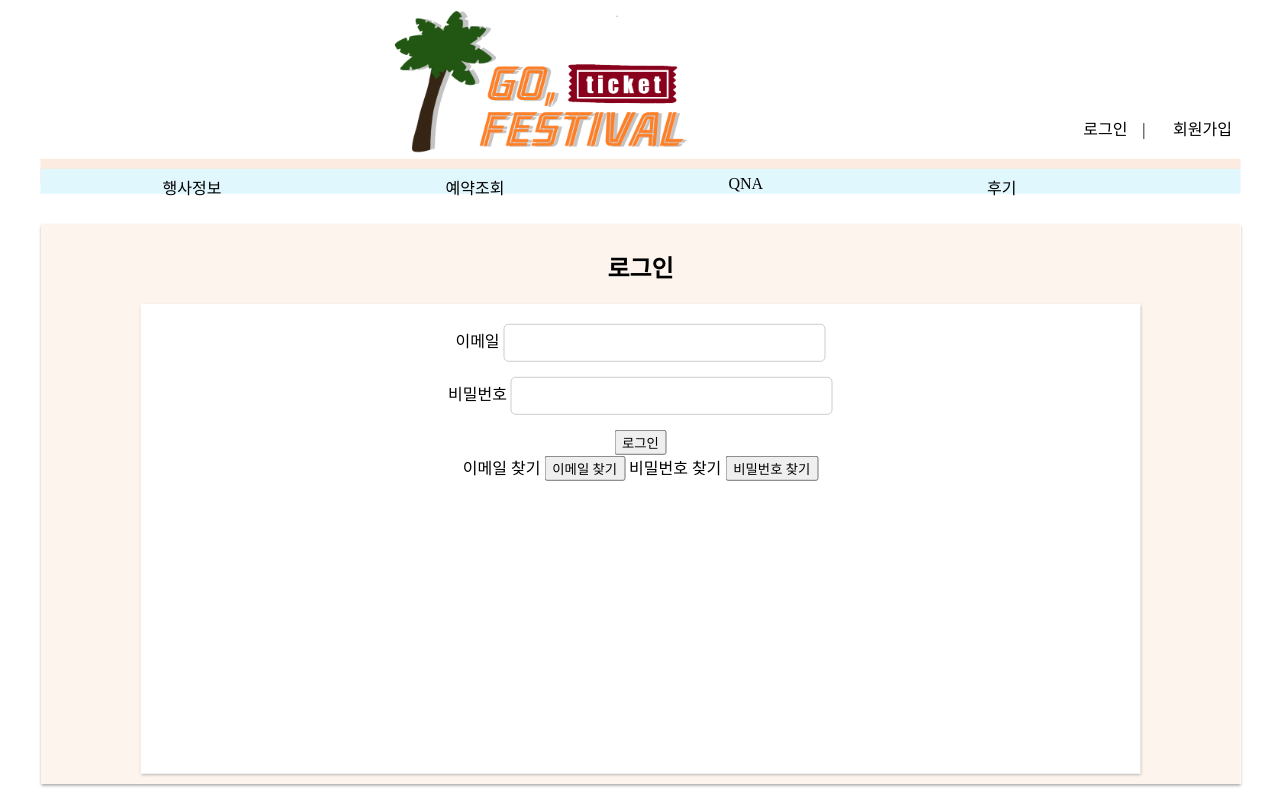
Repository: Changgyu1/Chang_Gu
Page: http://localhost/Project/login.jsp
An editor plug-in stored every save of this project. The page is shown before and after the next save, followed by the edit.
The browser window is 1280 px wide. The pictures show the whole page.
Some web fonts or font styles are not loaded; a fallback is used. The page is served by Tomcat 9.

Above is the page before, as saved 2023-11-16 06:36:21.

After the next save:
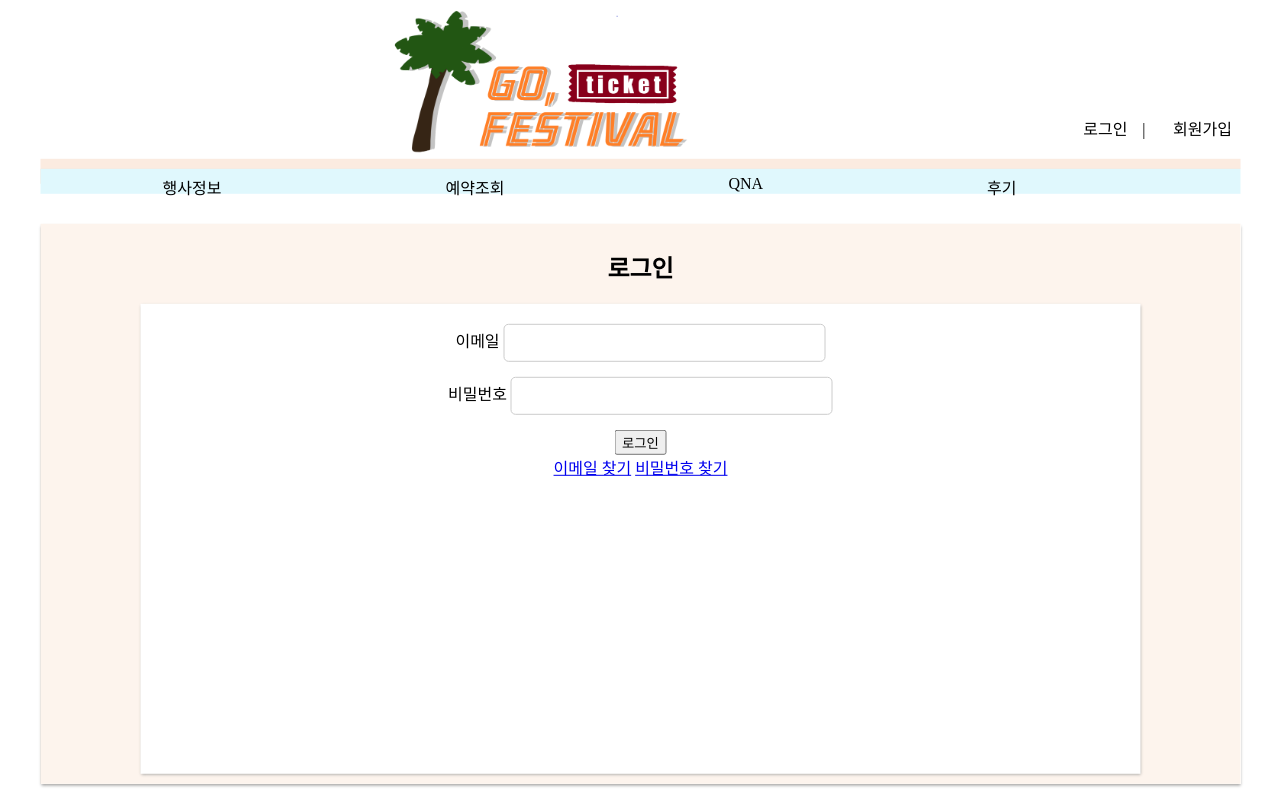
Saved 2 min 46 s later.
--- a/Project/src/main/webapp/login.jsp
+++ b/Project/src/main/webapp/login.jsp
@@ -54,10 +54,8 @@
 				<input type="password" id="password" name="password" required><br>
 				<input type="submit" value="로그인">
 			</form>
-				<label for="fiendEmail">이메일 찾기</label>
-				<input type="button" id="fiendEmail" name="fiendEmail" value="이메일 찾기">
-				<label for="findPassword">비밀번호 찾기</label>
-				<input type="button" id="findPassword" name="findPassword" value="비밀번호 찾기">
+				<a href="findEmail.jsp">이메일 찾기</a>
+				<a href="findPassword.jsp">비밀번호 찾기</a>
         </div>
 	 </div>
 
